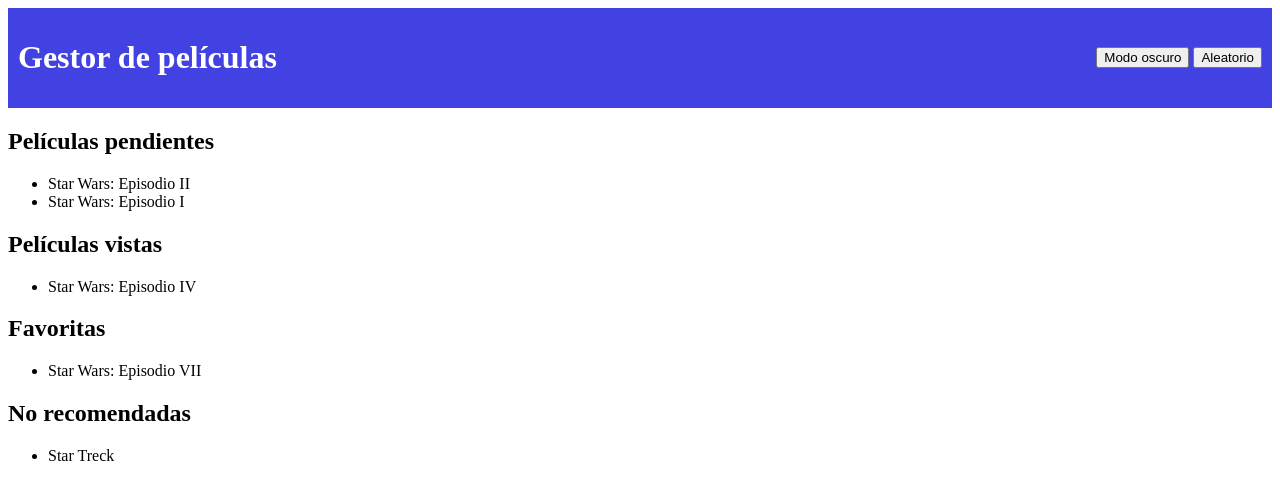
Repository: alvarobarasona/DAW_2
Page: DIW/EXAMEN_SEGUNDA_EV/public/index.html
The author's editor kept a copy of each file at every save. The page is drawn from the files as they stood at one save, then again after the next save.
The browser window is 1280 px wide. The pictures show the whole page.
The style sheet was rebuilt from its Sass, Less or Tailwind sources for each picture, by a compiler version that may differ from the author's.

Above is the page before, as saved 2024-03-04 17:15:03.

### DIW/EXAMEN_SEGUNDA_EV/public/index.html
<!DOCTYPE html>
<html lang="es">
    <head>
        <meta charset="UTF-8">
        <meta name="viewport" content="width=device-width, initial-scale=1.0">
        <title>Gestor de películas</title>
        <link rel="stylesheet" href="./css/style.css">
    </head>
    <body>
        <header>
            <h1>Gestor de películas</h1>
            <div>
                <button>Modo oscuro</button>
                <button>Aleatorio</button>
            </div>
        </header>
        <main>
            <div class="movies-column">
                <div class="movies-header">
                    <h2>Películas pendientes</h2>
                </div>
                <div class="movies-container">
                    <ul>
                        <li>Star Wars: Episodio II</li>
                        <li>Star Wars: Episodio I</li>
                    </ul>
                </div>
            </div>
            <div class="movies-column">
                <div class="movies-header">
                    <h2>Películas vistas</h2>
                </div>
                <div class="movies-container">
                    <ul>
                        <li>Star Wars: Episodio IV</li>
                    </ul>
                </div>
            </div>
            <div class="movies-column">
                <div class="movies-header">
                    <h2>Favoritas</h2>
                </div>
                <div class="movies-container">
                    <ul>
                        <li>Star Wars: Episodio VII</li>
                    </ul>
                </div>
            </div>
            <div class="movies-column">
                <div class="movies-header">
                    <h2>No recomendadas</h2>
                </div>
                <div class="movies-container">
                    <ul>
                        <li>Star Treck</li>
                    </ul>
                </div>
            </div>
        </main>
    </body>
</html>

### DIW/EXAMEN_SEGUNDA_EV/public/scss/style.scss
@import "abstracts/mixins";
@import "abstracts/variables";

header {
    @include aparience(row, $header_color, $header_font_color);
    justify-content: space-between;
    align-items: center;
    padding: 10px;
}

main {

}

### DIW/EXAMEN_SEGUNDA_EV/public/scss/abstracts/_mixins.scss
@mixin flex_display($display_option) {
    display: flex;
    flex-direction: $display_option;
}

@mixin aparience($display_option, $background_color, $font_color) {
    @include flex_display($display_option);
    background-color: $background_color;
    color: $font_color;
}

### DIW/EXAMEN_SEGUNDA_EV/public/scss/abstracts/_variables.scss
//Colores de la web
$header_color: rgb(66, 66, 226);
$header_font_color: white;
$buttons_bgc: rgb(139, 26, 139);
$main_bgc: rgb(217, 189, 218);
$pendient_movies: rgb(211, 46, 170);
$show_movies: rgb(248, 214, 21);
$favourites_movies: green;
$no_recomendated_movies: rgb(89, 48, 238);

//Tamaño de fuentes de la web
$header_title_size: 40px;
$buttons_font_size: 8px;
$header_movie_title_size: 12px;
$movie_text_size: 10px;

After the next save:
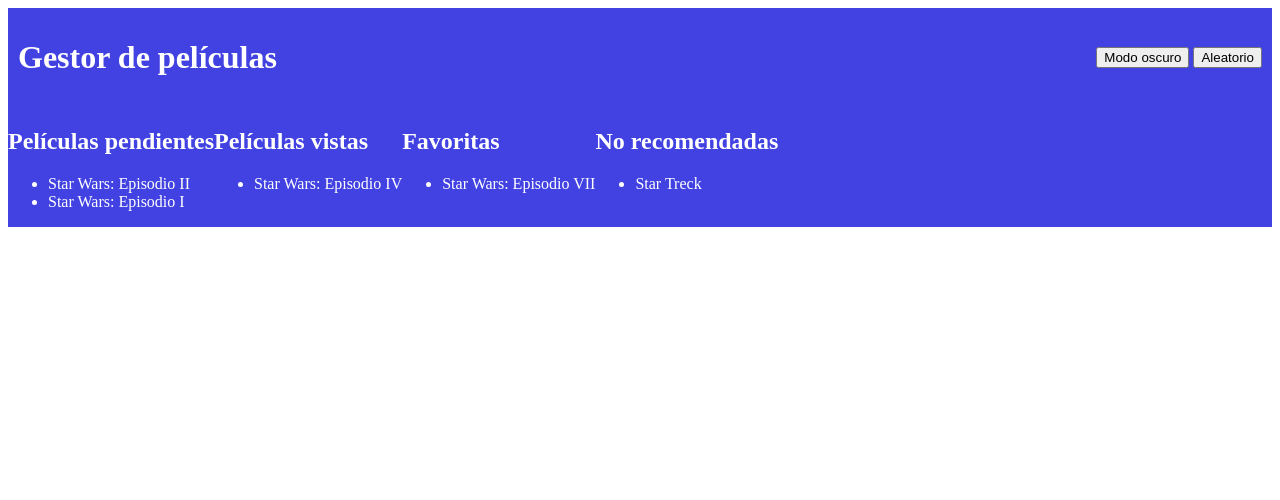
Saved 15 s later.
--- a/DIW/EXAMEN_SEGUNDA_EV/public/scss/style.scss
+++ b/DIW/EXAMEN_SEGUNDA_EV/public/scss/style.scss
@@ -9,5 +9,5 @@ header {
 }
 
 main {
-
+    @include aparience(row, $header_color, $header_font_color);
 }
